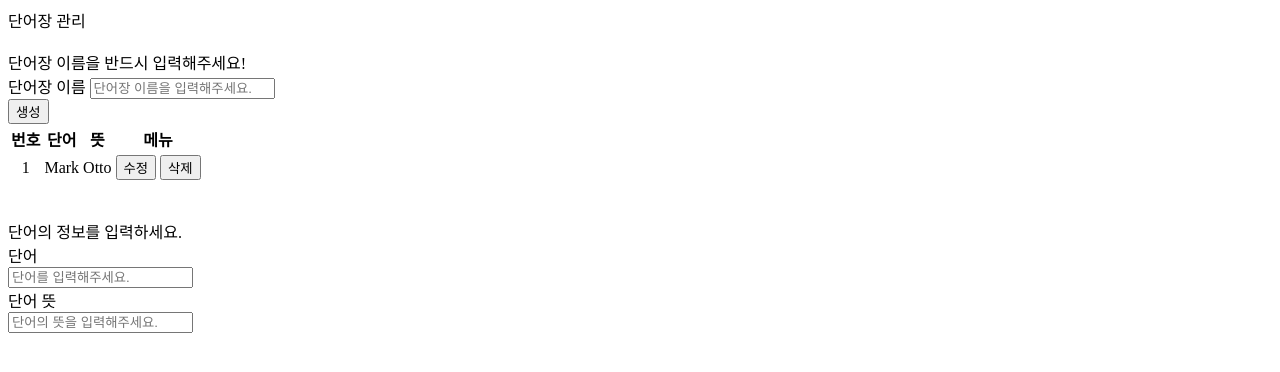
Repository: Pastelkun99/remembrance
Page: http://localhost/ProjectRemembrance/WEB-INF/views/menu_pages/11_makeWordCard.jsp
The author's editor kept a copy of each file at every save. The page is drawn from the files as they stood at one save, then again after the next save.
The browser window is 1280 px wide. The pictures show the whole page.
The page is served by Tomcat 9. Nobody is signed in. Other server files are loaded and not shown. The template is opened directly, without the code that normally fills it, so the values that code supplies are empty.

Above is the page before, as saved 2019-08-28 01:13:56.

### ProjectRemembrance/src/main/webapp/WEB-INF/views/menu_pages/11_makeWordCard.jsp
<%@ page language="java" contentType="text/html; charset=UTF-8"
	pageEncoding="UTF-8"%>
<%@ taglib uri="http://java.sun.com/jsp/jstl/core" prefix="c"%>
<%@ taglib uri="http://www.springframework.org/tags/form" prefix="form"%>

<div class="container">
	<div class="alert alert-success" role="alert">단어장 관리</div>
	<br /> <label for="basic-url">단어장 이름을 반드시 입력해주세요!</label>
	<%-- <form action="${pageContext.request.contextPath }/word/wordcardCreate.do" method="post"> --%>
	<div class="input-group mb-12">
		<div class="input-group-prepend">
			<span class="input-group-text" id="basic-addon1">단어장 이름</span>
				<input type="text" class="form-control" id="q_name"
					placeholder="단어장 이름을 입력해주세요." required="required"> </br>
				<button type="button" class="btn btn-primary">생성</button>
			</div>
	</div>
	<%-- </form> --%>
	<table class="table">
		<thead class="thead-light" align="center">
			<tr>
				<th scope="col" align="center">번호</th>
				<th scope="col" align="center">단어</th>
				<th scope="col" align="center">뜻</th>
				<th scope="col" align="center">메뉴</th>
			</tr>
		</thead>
		<tbody>
			<tr>
				<td scope="row" align="center">1</td>
				<td align="center">Mark</td>
				<td align="center">Otto</td>
				<td align="center">
					<button type="button" class="btn btn-success">수정</button>
					<button type="button" class="btn btn-danger">삭제</button>
				</td>
			</tr>
		</tbody>
	</table>

</div>



</br>
</br>
<div class="container" align="left">
	<label for="basic-url"> 단어의 정보를 입력하세요.</label>
	<div class="row">
		<div class="col">
			<div class="input-group mb-3">
				<div class="input-group-prepend">
					<span class="input-group-text" id="basic-addon1">단어</span>
				</div>
				<input type="text" class="form-control" id="q_front"
					placeholder="단어를 입력해주세요." required="required">
			</div>

		</div>
		<div class="col">
			<div class="input-group mb-3">
				<div class="input-group-prepend">
					<span class="input-group-text" id="basic-addon3">단어 뜻</span>
				</div>
				<input type="text" class="form-control" id="q_back"
					placeholder="단어의 뜻을 입력해주세요." required="required">
			</div>

		</div>
	</div>
</div>

After the next save:
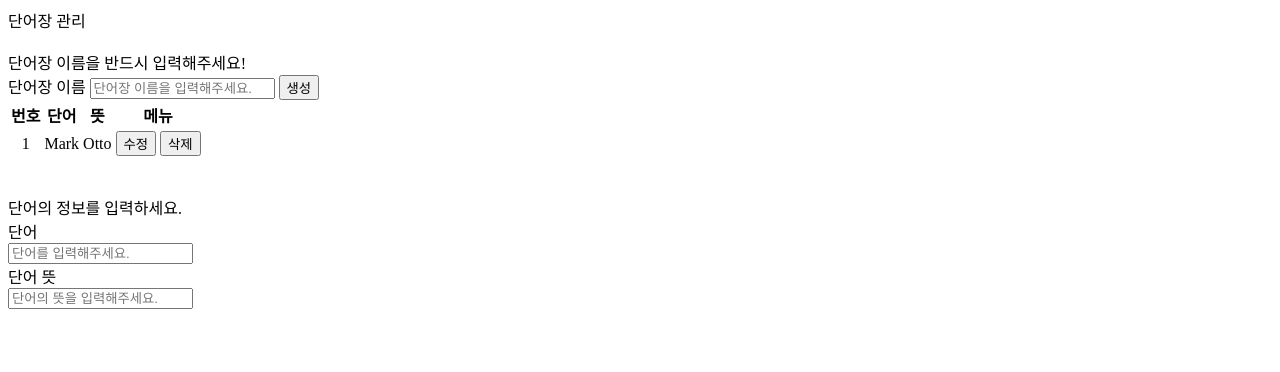
Saved 45 s later.
--- a/ProjectRemembrance/src/main/webapp/WEB-INF/views/menu_pages/11_makeWordCard.jsp
+++ b/ProjectRemembrance/src/main/webapp/WEB-INF/views/menu_pages/11_makeWordCard.jsp
@@ -11,7 +11,7 @@
 		<div class="input-group-prepend">
 			<span class="input-group-text" id="basic-addon1">단어장 이름</span>
 				<input type="text" class="form-control" id="q_name"
-					placeholder="단어장 이름을 입력해주세요." required="required"> </br>
+					placeholder="단어장 이름을 입력해주세요." required="required">
 				<button type="button" class="btn btn-primary">생성</button>
 			</div>
 	</div>
